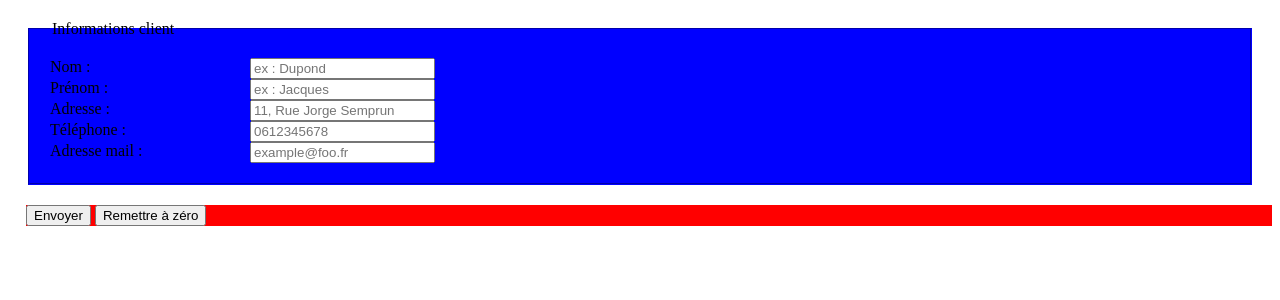
Repository: big73/NFE114
Page: http://localhost/Seance4-step1/
These files come from the project's save history. The page is drawn as it stood at one moment and after the next save; the edit follows.
The browser window is 1280 px wide. The pictures show the whole page.
The page is served by Tomcat 9. Other server files are loaded and not shown.

Above is the page before, as saved 2015-12-30 14:58:26.

### Seance4-step1/WebContent/formClient.jsp
<%@ page language="java" contentType="text/html; charset=UTF-8"
    pageEncoding="UTF-8"%>
<!DOCTYPE html PUBLIC "-//W3C//DTD HTML 4.01 Transitional//EN" "http://www.w3.org/TR/html4/loose.dtd">
<html>
<head>
<meta http-equiv="Content-Type" content="text/html; charset=UTF-8">
<title>Insert title here</title>
<link rel="stylesheet" href="css/style.css">
</head>
<body>

	<form>
		<fieldset>
		<legend>Informations client</legend>

			<label>Nom : </label>
			<input class="saisie" type="text" placeholder="ex : Dupond" name="nom"><br>

			<label>Prénom : </label>
			<input class="saisie" type="text" placeholder="ex : Jacques" name="prenom"><br>

			<label>Adresse : </label>
			<input class="saisie" type="text" placeholder="11, Rue Jorge Semprun" name="adresse"><br>

			<label>Téléphone : </label>
			<input class="saisie" type="text" placeholder="0612345678" name="phone"><br>

			<label>Adresse mail : </label>
			<input class="saisie" type="email" placeholder="example@foo.fr" name="mail"><br>

		</fieldset>

		<div class="actionneur">
			<input type="submit" value="Envoyer">
			<input type="reset" value="Remettre à zéro">
		</div>
	</form>

</body>
</html>

### Seance4-step1/WebContent/WEB-INF/taglibs.jsp
<%@ page language="java" contentType="text/html; charset=UTF-8" pageEncoding="UTF-8"%>
<%@ taglib uri="http://java.sun.com/jsp/jstl/core" prefix="c" %>
<%@ taglib uri="http://java.sun.com/jsp/jstl/functions" prefix="fn" %>
<!DOCTYPE html PUBLIC "-//W3C//DTD HTML 4.01 Transitional//EN" "http://www.w3.org/TR/html4/loose.dtd">
<html>
<head>
<meta http-equiv="Content-Type" content="text/html; charset=UTF-8">
<title>Taglibs Repo</title>
</head>
<body>

</body>
</html>

### Seance4-step1/WebContent/css/style.css
.actionneur
{
	margin-left : 18px;
	background-color: red;
}

fieldset {
    border-color: blue;
    margin : 20px;
    padding : 20px;
    background-color: blue;
}


form label
{
    float: left;
    width: 200px;
}

After the next save:
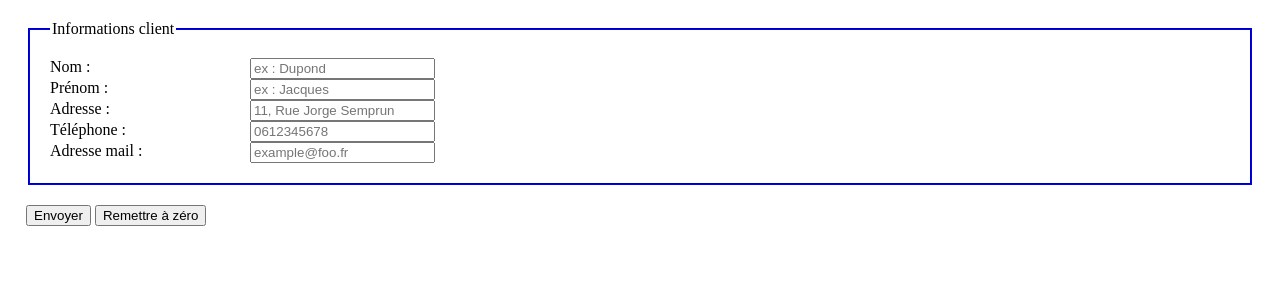
Saved 15 s later.
--- a/Seance4-step1/WebContent/css/style.css
+++ b/Seance4-step1/WebContent/css/style.css
@@ -1,14 +1,12 @@
 .actionneur
 {
 	margin-left : 18px;
-	background-color: red;
 }
 
 fieldset {
     border-color: blue;
     margin : 20px;
     padding : 20px;
-    background-color: blue;
 }
 
 
